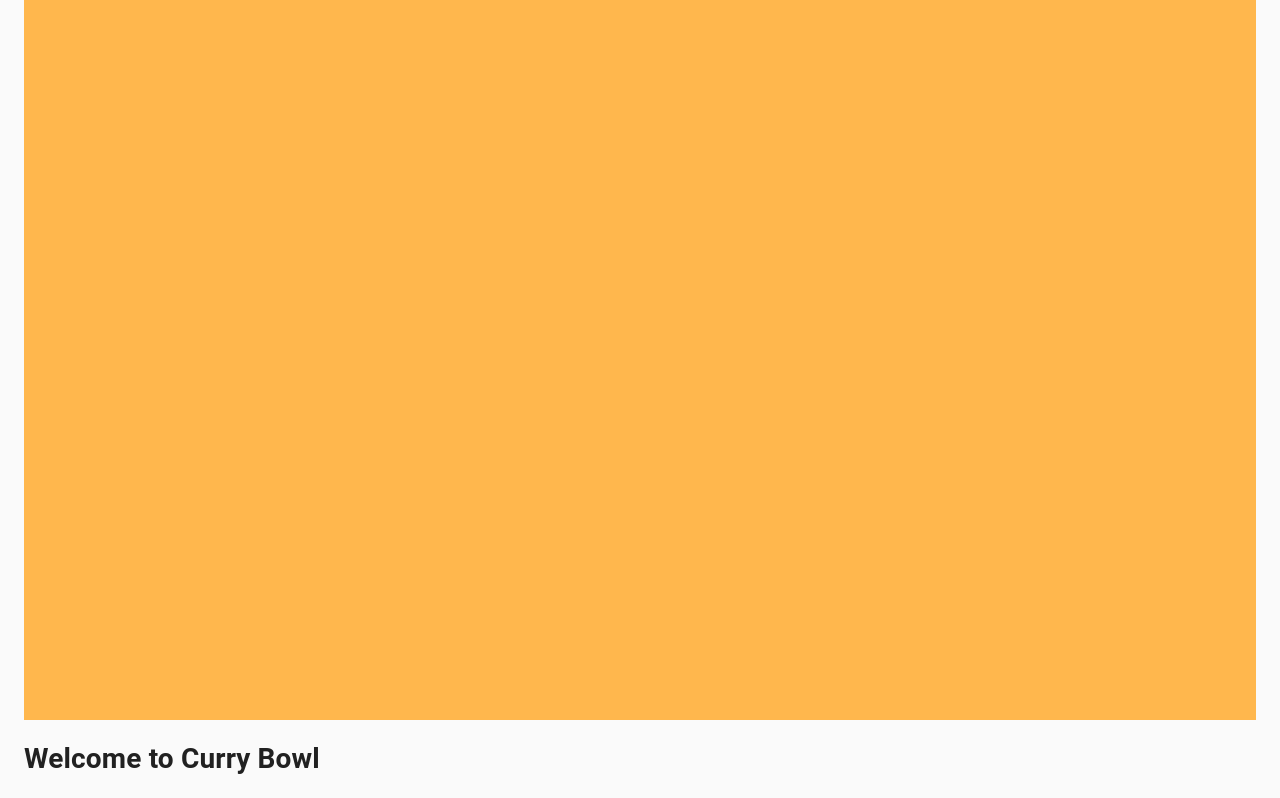
Repository: appikonda/food-order
Page: /
An editor plug-in stored every save of this project. The page is shown before and after the next save, followed by the edit.
The browser window is 1280 px wide. The pictures show the whole page.
The project was rebuilt for these pictures with package versions that can differ from the ones it lists, and the page was loaded fresh each time. Also part of the build but not shown: webpack.config.js, src/App.css.

Above is the page before, as saved 2019-08-15 15:07:51.

### src/App.js
import React, { Component } from 'react';
import logo from './logo.svg';
import './App.css';
import OrderFood from './OrderFood.jsx'
class App extends Component {
  render() {
    return (
      <div>

           <OrderFood/>


    </div>
    );
  }
}

export default App;

### src/OrderFood.jsx
import React, { Component } from 'react';
import CssBaseline from '@material-ui/core/CssBaseline';
import Typography from '@material-ui/core/Typography';
import Container from '@material-ui/core/Container';

class OrderFood extends Component {
  render() {
    return (
      <React.Fragment>
      <CssBaseline />
      <Container fixed>
        <Typography component="div" style={{ backgroundColor: '#ffb74d', height: '100vh' }} />
        <h1>Welcome to Curry Bowl</h1>
      </Container>


    </React.Fragment>

    );
  }
}

export default OrderFood;

Loaded but not shown: public/index.html (common file); src/index.js (common file); src/index.css (common file)

After the next save:
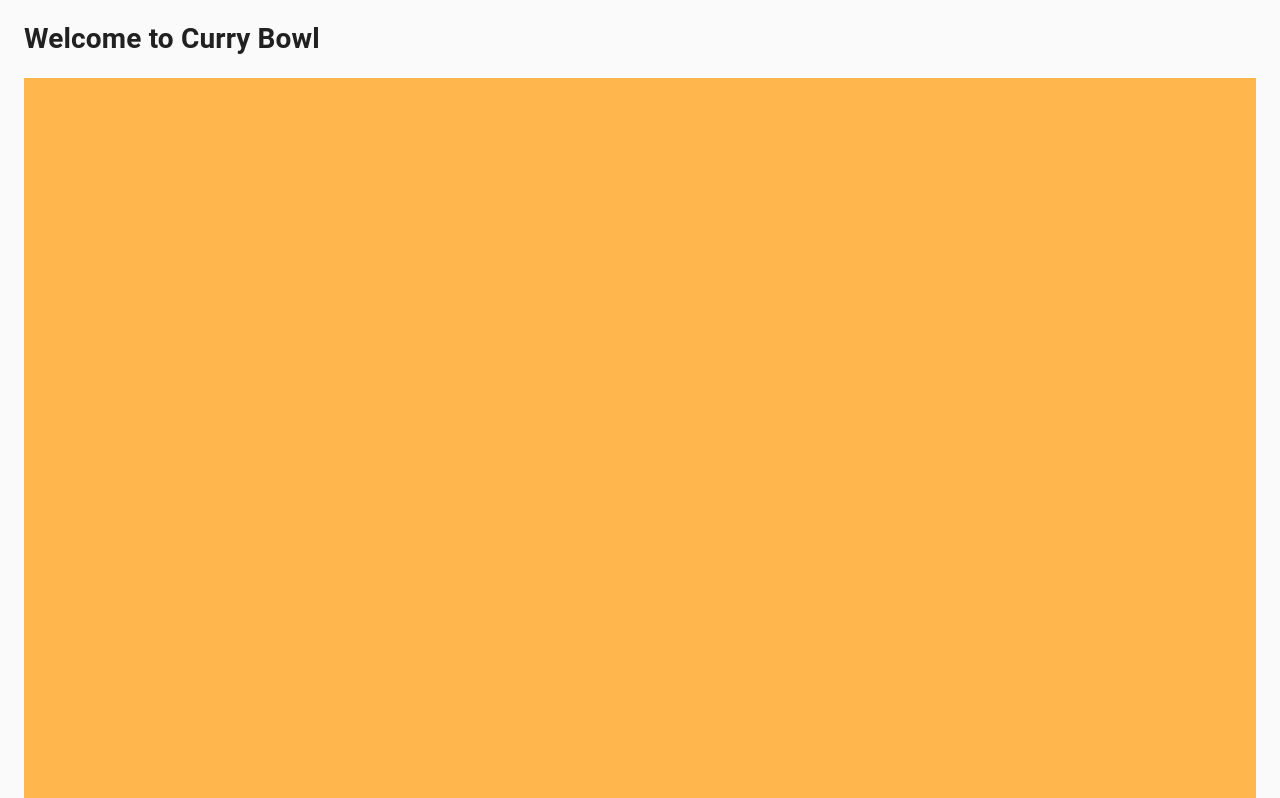
Saved 12 s later.
--- a/src/OrderFood.jsx
+++ b/src/OrderFood.jsx
@@ -9,8 +9,9 @@ class OrderFood extends Component {
       <React.Fragment>
       <CssBaseline />
       <Container fixed>
+      <h1>Welcome to Curry Bowl</h1>
         <Typography component="div" style={{ backgroundColor: '#ffb74d', height: '100vh' }} />
-        <h1>Welcome to Curry Bowl</h1>
+
       </Container>
 
 
